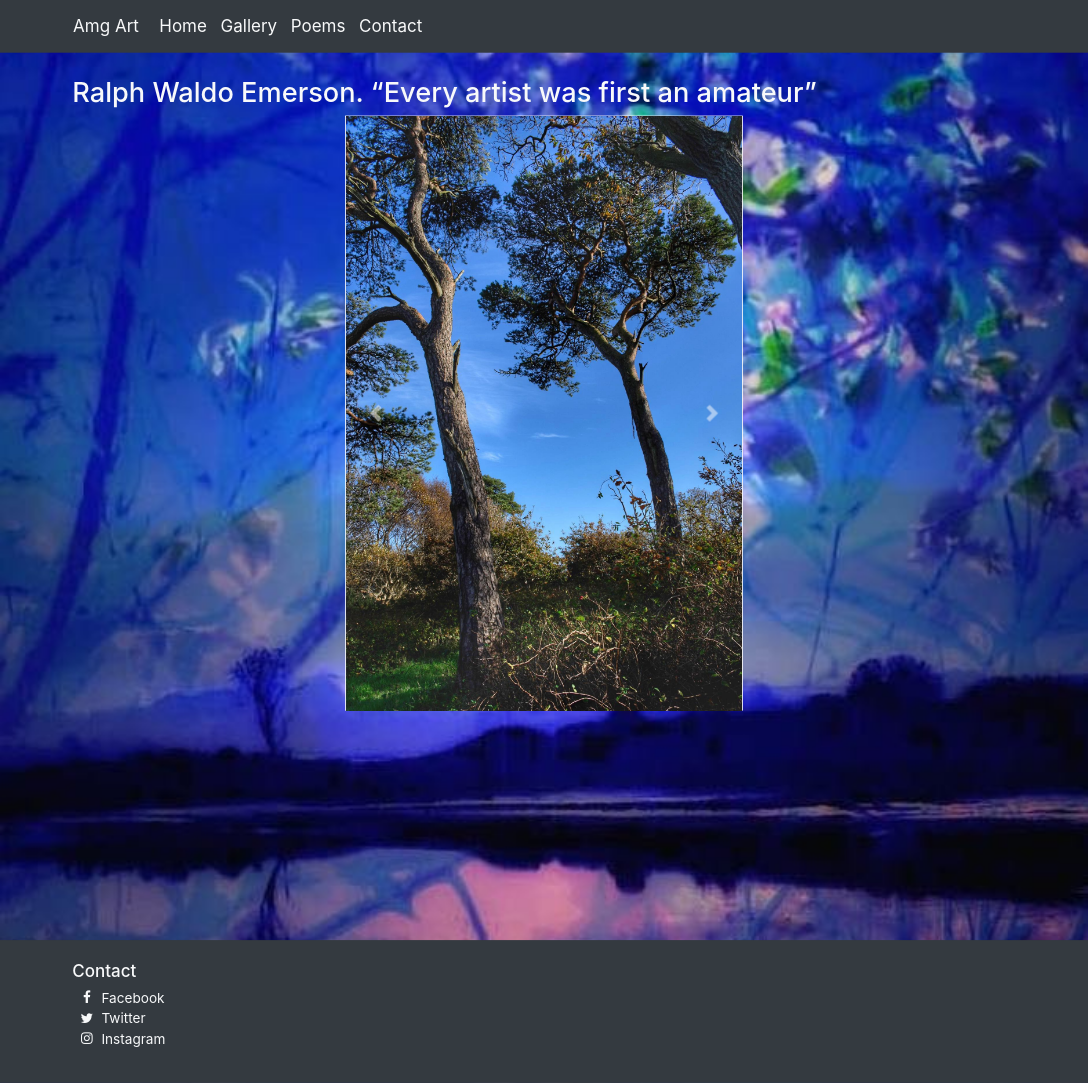
Repository: AllenGleeson/AmgArtGallery
Page: index.html
The author's editor kept a record of every edit. The page is drawn from the files as they stood at one moment, then again after the next edit.
The browser window is 1280 px wide. The pictures show the whole page, at 85% of full size.

Above is the page before.

After the next edit:
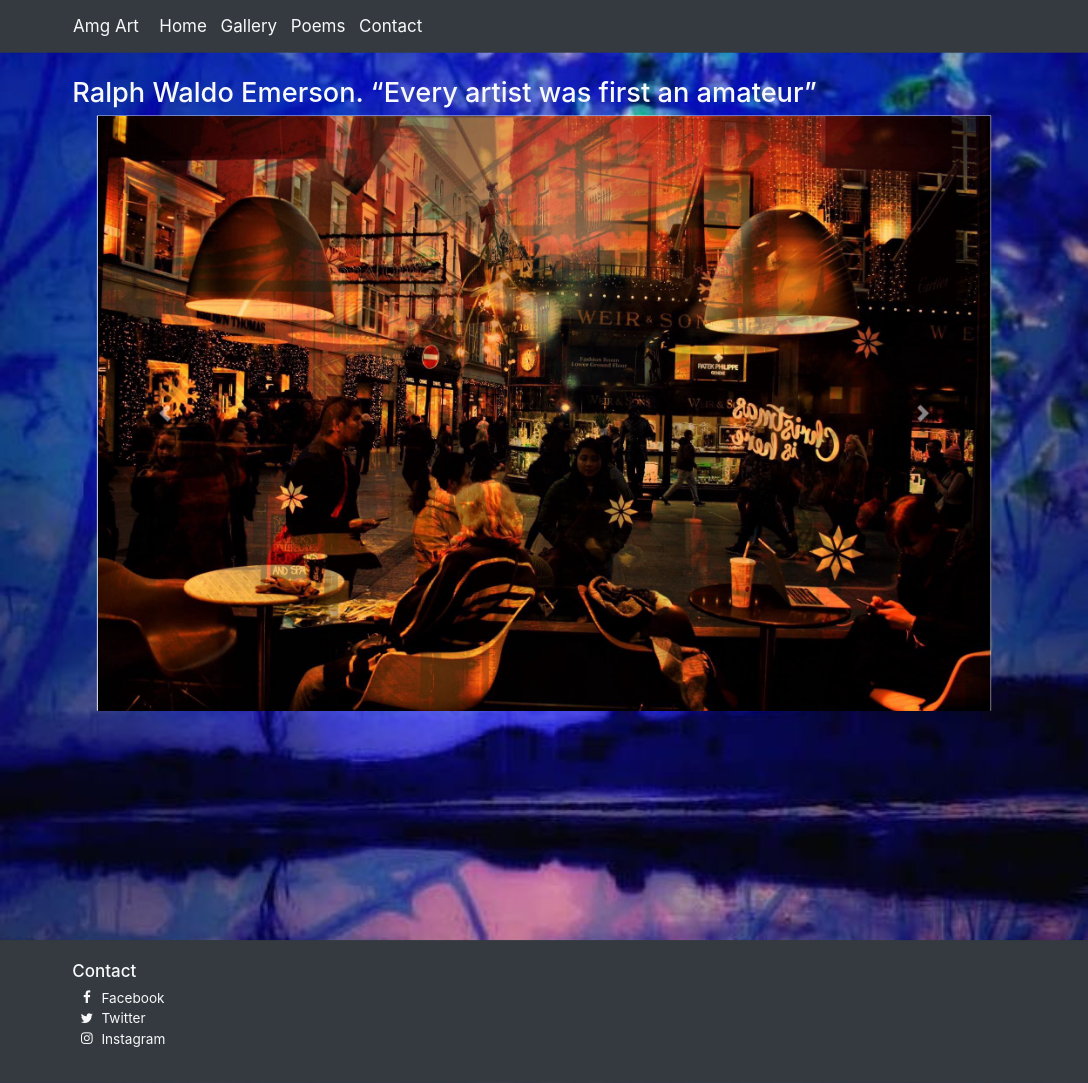
The edit:
--- a/index.html
+++ b/index.html
@@ -37,7 +37,7 @@
                         <img class="d-block" src="assets/images/summertreeshowth.jpg" alt="First slide">
                     </div>
                     <div class="carousel-item">
-                        <img class="d-block" src="assets/images/summertreeshowth.jpg" alt="First slide">
+                        <img class="d-block" src="assets/images/citydreaming.jpg" alt="First slide">
                     </div>
                     <div class="carousel-item">
                         <img class="d-block" src="assets/images/summertreeshowth.jpg" alt="First slide">
